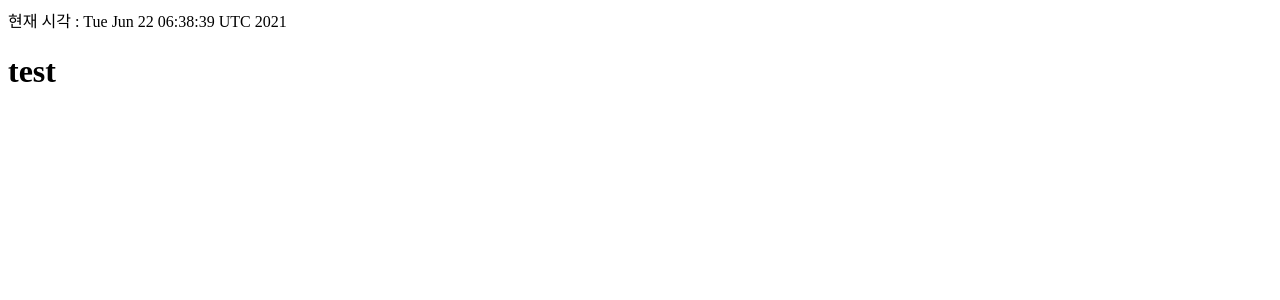
Repository: kimfunn/AI-Platform-
Page: http://localhost/14_JSPtest/
An editor plug-in stored every save of this project. The page is shown before and after the next save, followed by the edit.
The browser window is 1280 px wide. The pictures show the whole page.
The page is served by Tomcat 9.

Above is the page before, as saved 2021-06-23 02:16:30.

After the next save:
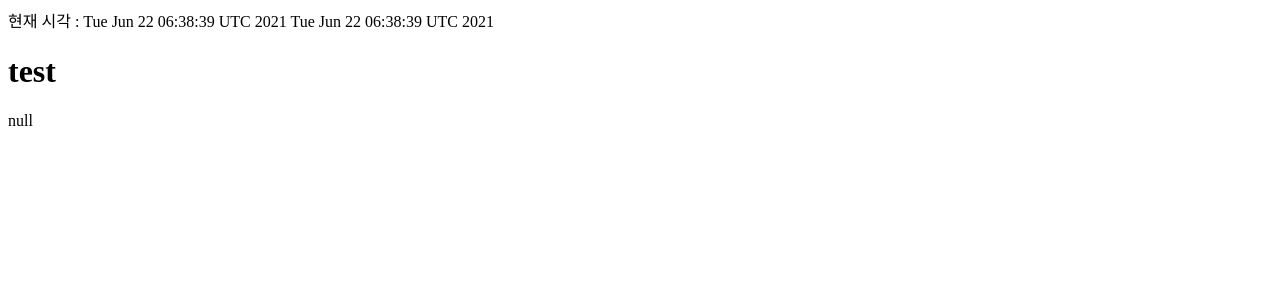
Saved 22 min 19 s later.
--- a/workplace(0518)/14_JSPtest/WebContent/index.jsp
+++ b/workplace(0518)/14_JSPtest/WebContent/index.jsp
@@ -14,6 +14,9 @@
 
   	%>
 
+  <%=
+  today.toString()
+  %>
   <%@ include file = "includeTest.jsp" %>
 
   	<%
@@ -22,5 +25,6 @@
 		fw.close();
 
   	%>
+  	<%= request.getParameter("age") %>
 </body>
 </html>
